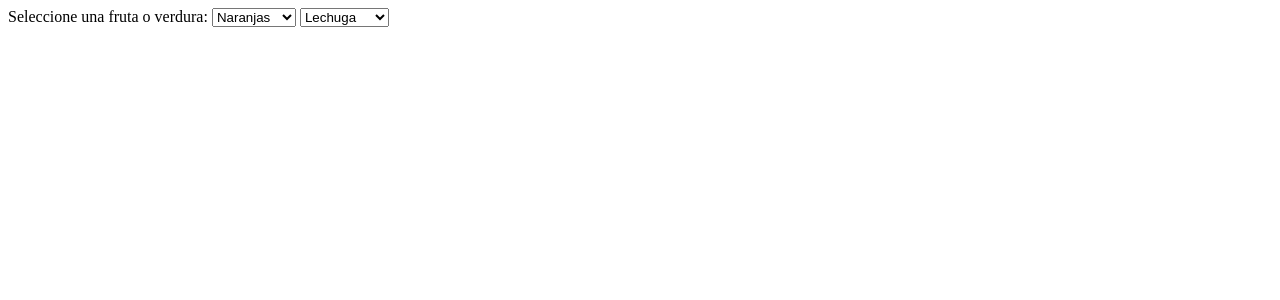
Repository: ScoggoDev/DesarrolloWeb
Page: tarea en equipo 1/tep1.html
These files come from the project's save history. The page is drawn as it stood at one moment and after the next save; the edit follows.
The browser window is 1280 px wide. The pictures show the whole page.

Above is the page before, as saved 2021-07-07 18:42:45.

### tarea en equipo 1/tep1.html
<!DOCTYPE html>
<html lang="es">
    <head>
        <meta charset="UTF-8">
        <meta http-equiv="X-UA-Compatible" content="IE=edge">
        <meta name="viewport" content="width=device-width, initial-scale=1.0">

        <title>Ejercicio en equipo</title>
    </head>

    <body>
        <label for="cars">Seleccione una fruta o verdura:</label>
        <select name="fruits" id="fruits">
            <option>Naranjas</option>
            <option>Manzanas</option>
            <option>Frutlla</option>
            <option>Durazno</option>
        </select>
        <select name="veggies" id="veggies">
            <option>Lechuga</option>
            <option>Acelga</option>
            <option>Zapallo</option>
            <option>Papas</option>
            <option>Batatas</option>
            <option>Zanahorias</option>
            <option>Rabanitos</option>
            <option>Calabazas</option>
        </select>
    </body>
</html>

After the next save:
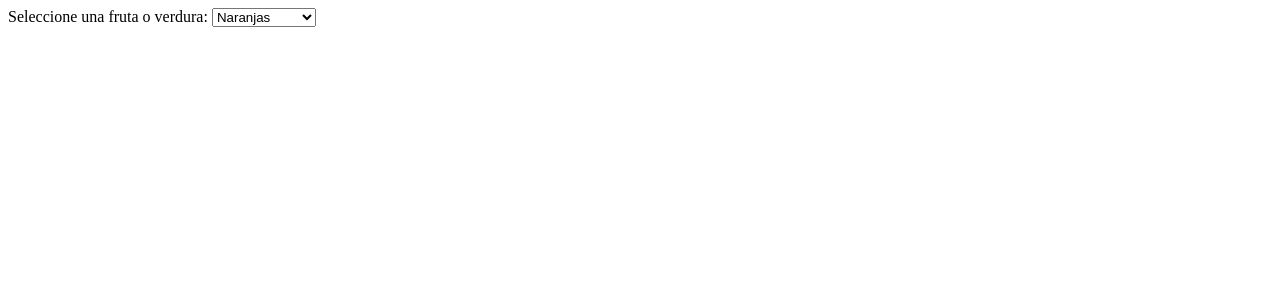
Saved 76 s later.
--- a/tarea en equipo 1/tep1.html
+++ b/tarea en equipo 1/tep1.html
@@ -10,21 +10,23 @@
 
     <body>
         <label for="cars">Seleccione una fruta o verdura:</label>
-        <select name="fruits" id="fruits">
-            <option>Naranjas</option>
-            <option>Manzanas</option>
-            <option>Frutlla</option>
-            <option>Durazno</option>
-        </select>
-        <select name="veggies" id="veggies">
-            <option>Lechuga</option>
-            <option>Acelga</option>
-            <option>Zapallo</option>
-            <option>Papas</option>
-            <option>Batatas</option>
-            <option>Zanahorias</option>
-            <option>Rabanitos</option>
-            <option>Calabazas</option>
+        <select name="food" id="food">
+            <optgroup label="Swedish Cars">
+                <option>Naranjas</option>
+                <option>Manzanas</option>
+                <option>Frutlla</option>
+                <option>Durazno</option>
+            </optgroup>
+            <optgroup label="Swedish Cars">
+                <option>Lechuga</option>
+                <option>Acelga</option>
+                <option>Zapallo</option>
+                <option>Papas</option>
+                <option>Batatas</option>
+                <option>Zanahorias</option>
+                <option>Rabanitos</option>
+                <option>Calabazas</option>
+            </optgroup>
         </select>
     </body>
 </html>
